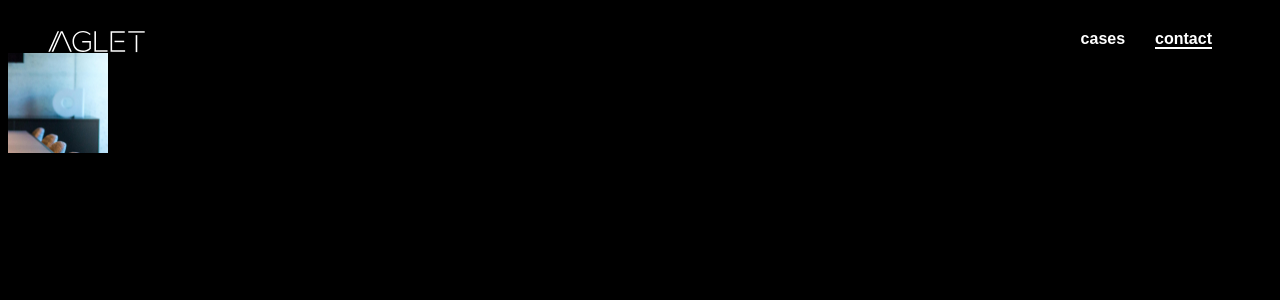
Repository: SamoraMabuya/Aglet
Page: contact.html
An editor plug-in stored every save of this project. The page is shown before and after the next save, followed by the edit.
The browser window is 1280 px wide. The pictures show the whole page.
The style sheet was rebuilt from its Sass, Less or Tailwind sources for each picture, by a compiler version that may differ from the author's.

Above is the page before, as saved 2020-11-16 15:33:28.

After the next save:
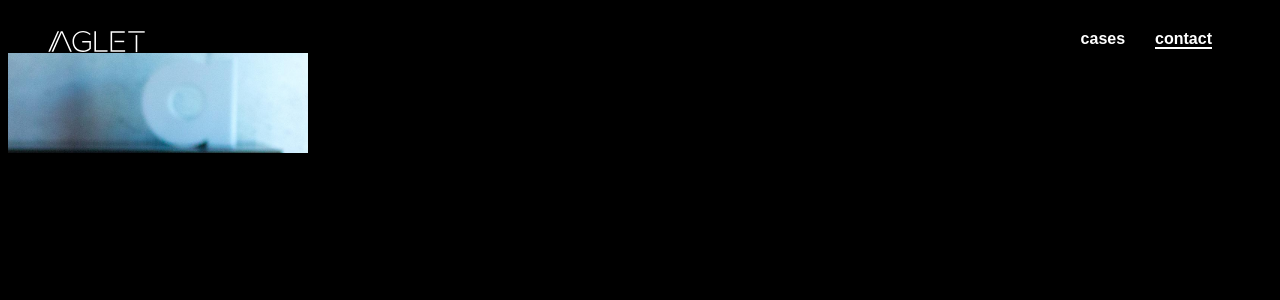
Saved 5 s later.
--- a/style/contactstyle.scss
+++ b/style/contactstyle.scss
@@ -59,7 +59,7 @@ body {
 }
 
 .image {
-    width: 100px;
+    width: 300px;
     height: 100px;
 }
 
